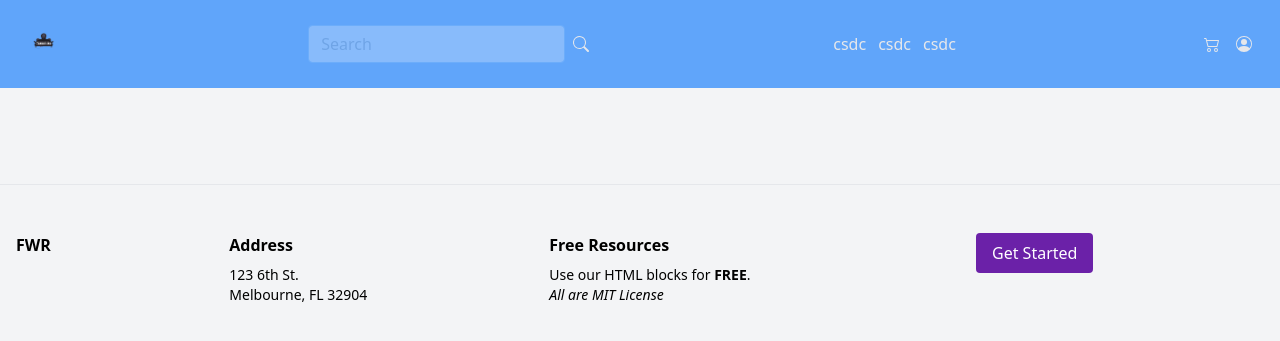
Repository: DevLaukey/Jitu-final
Page: / (app in frontend/)
The author's editor kept a copy of each file at every save. The page is drawn from the files as they stood at one save, then again after the next save.
The browser window is 1280 px wide. The pictures show the whole page.
The project was rebuilt for these pictures with package versions that can differ from the ones it lists, and the page was loaded fresh each time.

Above is the page before, as saved 2022-07-13 14:05:13.

### frontend/src/index.js
import React from 'react';
import ReactDOM from 'react-dom/client';
import './index.css';
import App from './App';
import {store } from './redux/store';
import {Provider} from 'react-redux';
const root = ReactDOM.createRoot(document.getElementById('root'));
root.render(
  <Provider store={store}>
    <App />
  </Provider>
);

### frontend/src/App.js
import Footer from "./components/Footer";
import Navbar from "./components/Navbar";

function App() {
  return (
    <div className="">
      <Navbar />
      <Footer />
    </div>
  );
}

export default App;

### frontend/src/components/Footer.js
import React from "react";

function Footer() {
  return (
    <footer class="footer-1 bg-gray-100 py-8 sm:py-12">
      <div class="container mx-auto px-4">

        <div class="sm:flex sm:flex-wrap sm:-mx-4 sm:mt-12 sm:pt-12 border-t">
          <div class="sm:w-full px-4 md:w-1/6">
            <strong>FWR</strong>
          </div>
          <div class="px-4 sm:w-1/2 md:w-1/4 mt-4 md:mt-0">
            <h6 class="font-bold mb-2">Address</h6>
            <address class="not-italic mb-4 text-sm">
              123 6th St.
              <br />
              Melbourne, FL 32904
            </address>
          </div>
          <div class="px-4 sm:w-1/2 md:w-1/4 mt-4 md:mt-0">
            <h6 class="font-bold mb-2">Free Resources</h6>
            <p class="mb-4 text-sm">
              Use our HTML blocks for <strong>FREE</strong>.<br />
              <em>All are MIT License</em>
            </p>
          </div>
          <div class="px-4 md:w-1/4 md:ml-auto mt-6 sm:mt-4 md:mt-0">
            <button class="px-4 py-2 bg-purple-800 hover:bg-purple-900 rounded text-white">
              Get Started
            </button>
          </div>
        </div>
      </div>
    </footer>
  );
}

export default Footer;

### frontend/src/components/Navbar.js
import React from "react";
import logo from "./logo.jpg";
import { BsCart2, BsPersonCircle, BsSearch } from "react-icons/bs";
function Navbar() {
  return (
    <header className="flex space-x-4 items-center justify-between align-middle  p-4 bg-blue-400">
      <div className="text-center ">
        <img className="aspect-square w-14" src={logo} alt="" />
      </div>
      <div class="flex items-center justify-center">
        <div class="input-group flex  items-stretch w-full  rounded">
          <input
            type="search"
            class="form-control  flex-auto min-w-0 block w-full px-3 py-1.5 text-base font-normal   bg-clip-padding border border-solid border-blue-300 rounded transition ease-in-out m-0 focus:text-white-900 focus:bg-white focus:border-blue-600 focus:outline-none opacity-25"
            placeholder="Search"
            aria-label="Search"
            aria-describedby="button-addon2"
          />
          <span
            class="input-group-text flex items-center px-2 py-1.5 text-base font-normal text-gray-200 text-center whitespace-nowrap rounded"
            id="basic-addon2"
          >
            <BsSearch />
          </span>
        </div>
      </div>
      <div>
        <ul className="hidden text-gray-200 py-1.5 md:flex space-x-3 text-center">
          <li>csdc</li>
          <li>csdc</li>
          <li>csdc</li>
        </ul>
      </div>
      <div class="space-x-4 text-gray-200 flex  px-3 py-2.5  text-center whitespace-nowrap rounded">
        <BsCart2 />
        <BsPersonCircle />
      </div>
    </header>
  );
}

export default Navbar;

Loaded but not shown: frontend/public/index.html (common file); frontend/src/index.css (common file); frontend/src/redux/store.js (common file); frontend/tailwind.config.js (common file)

After the next save:
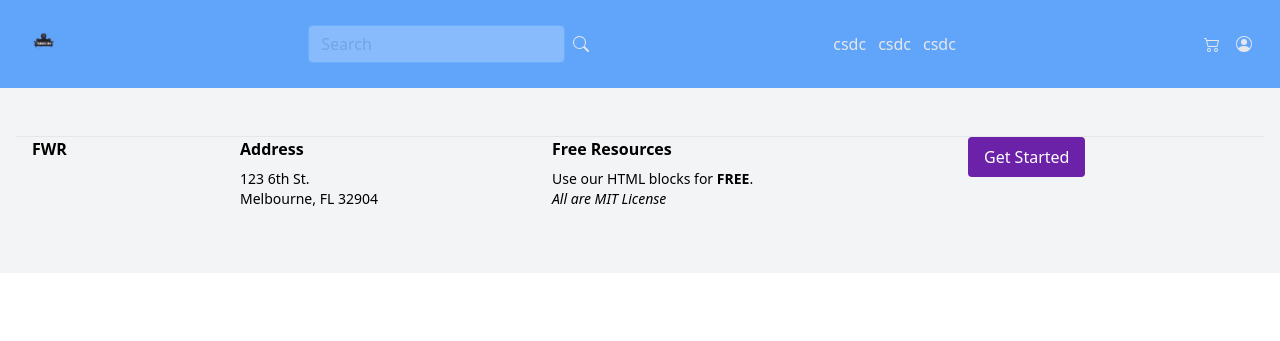
Saved 20 s later.
--- a/frontend/src/components/Footer.js
+++ b/frontend/src/components/Footer.js
@@ -5,7 +5,7 @@ function Footer() {
     <footer class="footer-1 bg-gray-100 py-8 sm:py-12">
       <div class="container mx-auto px-4">
 
-        <div class="sm:flex sm:flex-wrap sm:-mx-4 sm:mt-12 sm:pt-12 border-t">
+        <div class="sm:flex sm:flex-wrap border-t">
           <div class="sm:w-full px-4 md:w-1/6">
             <strong>FWR</strong>
           </div>
